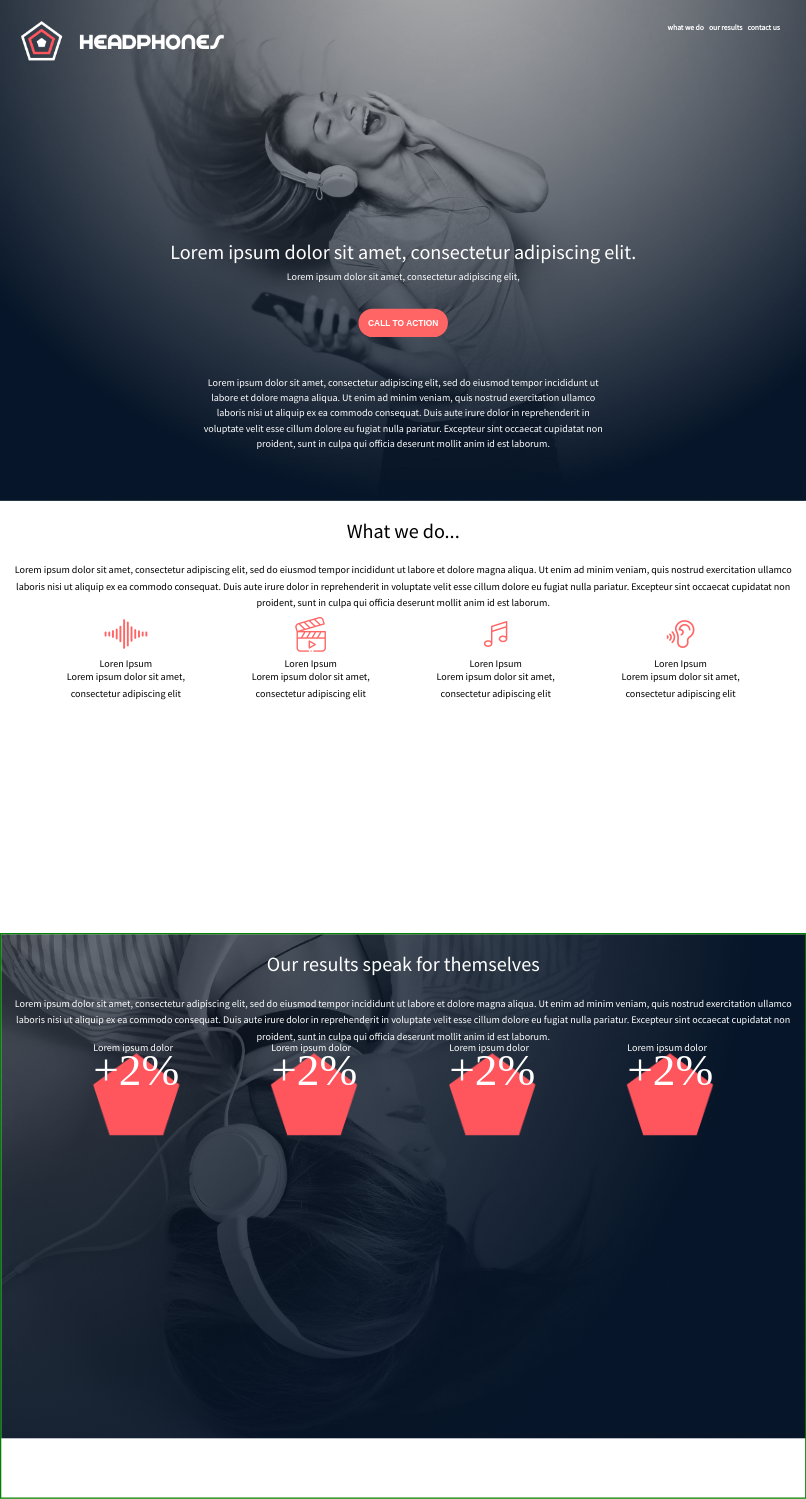
Repository: seleniadelgado/holbertonschool-web_front_end
Page: 0x09-implement_a_design_from_scratch/2-index.html
These files come from the project's save history. The page is drawn as it stood at one moment and after the next save; the edit follows.
The browser window is 1280 px wide. The pictures show the whole page, at 63% of full size.

Above is the page before, as saved 2020-03-23 12:38:21.

### 0x09-implement_a_design_from_scratch/2-index.html
<!DOCTYPE <!DOCTYPE html>
<head>
    <meta charset="utf-8">
    <title>Headphones</title>
    <meta name="description" content="">
    <meta name="viewport" content="width=device-width, initial-scale=1">
    <link rel="stylesheet" href="2-styles.css">
    <link rel="stylesheet" href="reset.css">
    <link rel="stylesheet" href="./holberton_school-icon/style.css">
    <link href="https://fonts.googleapis.com/css?family=Source+Sans+Pro&display=swap" rel="stylesheet">
</head>
<body>
<!-- nav bar -->
    <header>
        <div class="firstdiv">
            <nav>
                <input type="checkbox" id="menu">
                <label for="menu" id="nav-icon"></label>
                <div class="logo"><img href="active" href="#home"><img src="./images/logo_headphones.png" alt="logo"></a></div>
                <div class="main-nav">
                    <ul class="nav-header">
                        <li><a href="#what-we-do">what we do</a></li>
                        <li><a href="#our-results">our results</a></li>
                        <li><a href="#contact-us">contact us</a></li>
                    </ul>
                </div>
            </nav>
        </div>
<!-- Content -->
        <div class="seconddiv">
            <div class="text">
                <h1>Lorem ipsum dolor sit amet, consectetur adipiscing elit.</h1>
                <p>Lorem ipsum dolor sit amet, consectetur adipiscing elit, </p>
            </div>
        </div>
        <div class="thirddiv">
        <button id="button">CALL TO ACTION</button>
        <p class="longParagraph">Lorem ipsum dolor sit amet, consectetur adipiscing elit, sed do eiusmod tempor incididunt ut labore et dolore magna aliqua.
            Ut enim ad minim veniam, quis nostrud exercitation ullamco laboris nisi ut aliquip ex ea commodo consequat.
            Duis aute irure dolor in reprehenderit in voluptate velit esse cillum dolore eu fugiat nulla pariatur. Excepteur sint occaecat cupidatat non proident,
            sunt in culpa qui officia deserunt mollit anim id est laborum.</p>
            </div>
        </div>
    </div>
    </header>
    <div id="whatWeDo">
        <div class="content">
            <h1>What we do...</h1>
            <p> Lorem ipsum dolor sit amet, consectetur adipiscing elit, sed do eiusmod tempor incididunt ut labore et dolore magna aliqua.
                Ut enim ad minim veniam, quis nostrud exercitation ullamco laboris nisi ut aliquip ex ea commodo consequat.
                Duis aute irure dolor in reprehenderit in voluptate velit esse cillum dolore eu fugiat nulla pariatur. Excepteur sint occaecat cupidatat non proident,
                sunt in culpa qui officia deserunt mollit anim id est laborum.
            </p>
            <div class="grid">
                <div>
                    <div class="icon, item holberton_school-icon-ic_sound"></div>
                    <h6>Loren Ipsum</h6>
                    <p>Lorem ipsum dolor sit amet,<br> consectetur adipiscing elit</p>
                </div>
                <div>
                    <div class="icon, item holberton_school-icon-ic_video"></div>
                    <h6>Loren Ipsum</h6>
                    <p>Lorem ipsum dolor sit amet, <br>consectetur adipiscing elit</p>
                </div>
                <div>
                    <div class="icon, item holberton_school-icon-ic_music"></div>
                    <h6>Loren Ipsum</h6>
                    <p>Lorem ipsum dolor sit amet, <br>consectetur adipiscing elit</p>
                </div>
                <div>
                    <div class="icon, item holberton_school-icon-ic_hearing"></div>
                    <h6>Loren Ipsum</h6>
                    <p>Lorem ipsum dolor sit amet, <br>consectetur adipiscing elit</p>
                </div>
            </div>
        </div>
    </div>
    <div id="our-results">
        <div class="summary">
            <h1>Our results speak for themselves</h1>
            <p>Lorem ipsum dolor sit amet, consectetur adipiscing elit, sed do eiusmod tempor incididunt ut labore et dolore magna aliqua.
                Ut enim ad minim veniam, quis nostrud exercitation ullamco laboris nisi ut aliquip ex ea commodo consequat.
                Duis aute irure dolor in reprehenderit in voluptate velit esse cillum dolore eu fugiat nulla pariatur. Excepteur sint occaecat cupidatat non proident,
                sunt in culpa qui officia deserunt mollit anim id est laborum.
            </p>
            <div class="grid">
                <div class="component">
                    <h2>+2%</h2>
                    <p>Lorem ipsum dolor</p>
                </div>
                <div class="component">
                    <h2>+2%</h2>
                    <p>Lorem ipsum dolor</p>
                </div>
                <div class="component">
                    <h2>+2%</h2>
                    <p>Lorem ipsum dolor</p>
                </div>
                <div class="component">
                    <h2>+2%</h2>
                    <p>Lorem ipsum dolor</p>
                </div>
            </div>
        </div>
    </div>
</body>
</html>

### 0x09-implement_a_design_from_scratch/2-styles.css

:root {
    --font-size-sm: 12px;
    --font-size-md: 16px;
    --font-size-lg: 32px;
    --font-size-xl: 72px;
    --font-size-button: 14px;
    --color-primary-red: #FF6565;
    --color-body-white: white;
    --color-body-black: black;
    --font-family: 'Source Sans Pro', sans-serif;
}

/* header */
html {
    width: 100%;
}

header {
    width: 100%;
    background: transparent;
    position: relative;
    color: var(--color-body-white);
    background-image: url("images/headphones_hero_1.jpg");
    background-repeat: no-repeat;
    background-size: cover;
    font-family: var(--font-family);
}

header .firstdiv {
    justify-content: space-between;
    align-content: space-between;
    padding: 2rem;
    flex-wrap: wrap;
}

header .firstdiv nav {
    width: 100%;
    display: flex;
    justify-content: space-between;
    align-content: space-between;
    position: relative;
}

a {
    margin: auto 1.25rem;
    color: var(--color-body-white);
    text-decoration: none;
    font-family: var(--font-family);
}

a:hover, a:active {
    color: var(--color-primary-red)
}

#menu {
    display: none;
    position: absolute;
}

#nav-icon {
    display: none;
    position: absolute;
}

.logo {
    float: left;
}

.nav-header {
    display: inline-flex;
    margin: auto 0;
    list-style-type: none;
    font-size: var(--font-size-sm);
    font-weight: bolder;
    font-family: var(--font-family);
}

.main-nav ul {
    border: 6px transparent solid;
    justify-content: space-between;
}

.main-nav ul li a {
    border: 4px transparent solid;
    font-family: var(--font-family);

}

/* nav */
.seconddiv {
    text-align: center;
}

.thirddiv {
    text-align: center;
}

/*text */
.text {
    padding-top: 20%;
    text-align: center;
    line-height: 32px;
}

.text h1 {
    font-size: var(--font-size-md);
    color: var(--color-body-white);
}

.text p {
    font: var(--font-size-sm);
    color: var(--color-body-white);
}

/* button */
#button {
    padding: 15px;
    margin-top: 40px;
    margin-bottom: 60px;
    border-radius: 4em;
    background-color: #FF6565;
    box-shadow: var(--color-body-black);
    border-style: none;
    color: var(--color-body-white);
    font-weight: bolder;
}

#button:hover {
    opacity: 0.9;
}

/* end button */

/* start longparagraph */
.longParagraph {
    display: flex;
    margin: auto;
    margin: 0% 25% 0% 25%;
    line-height: 24px;
    font-family: var(--font-family);
    font-size: var(--font-size-md);
    color: var(--color-body-white);
    padding-bottom: 5em;
}
/* end longparagraph */

/* media query for screens less than 480px */
@media (max-width: 480px)
{
    header nav {
      flex-direction: column;
      align-items: center;
    }

    .logo {
      width: 50%;
      height: auto;
      display: flex;
      text-align: center;
    }

    .nav-header {
      display: none;
      width: 100%;
      flex-direction: column;
      margin: 1rem auto;
      text-align: center;
      font-weight: bold;
      font-size: var(--font-size-btn);
      float: right;
      display: inline-flex;
      margin-right: 10%;
    }

    .nav-header li {
      width: 100%;
      margin: 0.5rem auto;
      padding-right: 50px;
      font-family: var(--font-family);
    }

    #nav-icon {
        background: var(--color-body-white);
        height: 2px;
        width: 13px;
        position: absolute;
        left: 1rem;
        top: 18px;
        display: block;
    }

    #nav-icon::before {
        content: "";
        background: var(--color-body-white);
        height: 2px;
        width: 20px;
        position: relative;
        top: -0.4rem;
        display: block;
        transition: all 0.2s ease;
    }

    #nav-icon::after {
        content: "";
        background: var(--color-body-white);
        height: 2px;
        width: 18px;
        position: relative;
        top: 0.3rem;
        display: block;
        transition: all 0.2s ease;
    }

    #menu:checked ~ .nav-header {
        display: inline-flex;
    }

    #menu:checked ~ #nav-icon {
        background: transparent;
    }

    #menu:checked ~ #nav-icon::before {
        transform: rotate(45deg);
        top: 3px;
        margin: auto;
    }

    #menu:checked ~ #nav-icon::after {
        width: 20px;
        transform: rotate(-45deg);
        top: 1px;
        margin: auto;
    }
}

.text {
    font-family: var(--font-family);
    line-height: 24px;
}

.text h1 {
    font-size: var(--font-size-lg);
    margin-bottom: 10;
    line-height: 32px;;
}

.text p {
    font-size: var(--font-size-md);
}

/* menu btn ends */
.content {
    display: grid;
    text-align: center;
    font-family: var(--font-family);
    margin-bottom: 20em;
}

.grid {
    display: flex;
    flex-wrap: wrap;
    justify-content: space-evenly;
    height: 100%
}

.grid p {
    padding-bottom: 3em;
}

.item {
    color: var(--color-primary-red);
    font-size: var(--font-size-xl);
    margin: 2px;
}

.item h6, p {
    color: var(--color-body-black);
    font-size: var(--font-size-sm);
    margin-bottom: 5px;
}

#whatWeDo {
    margin-top: 2em;
    font-family: var(--font-family);
    margin-bottom: none;
}

.content h1 {
    font-size: var(--font-size-lg);
    margin-bottom: 1em;
}

.content p {
    text-align: center;
    font-size: var(--font-size-md);
    line-height: 26px;
}

#our-results {
    padding-top: 2em;
    background-image: url(images/headphones_hero_2.jpg);
    background-repeat: no-repeat;
    color: var(--color-body-white);
    border: 2px solid green;
}

.summary h1 {
    text-align: center;
    color: var(--color-body-white);
    font-family: var(--font-family);
    font-size: var(--font-size-lg);
    margin-bottom: 1em;
}

.summary p {
    color: var(--color-body-white);
    font-family: var(--font-family);
    font-size: var(--font-size-md);
    line-height: 26px;
    text-align: center;
}
.results h2 {
    position: absolute;
    text-align: center;
    left: 50%;
    transform: translate(-50%, -50%);
}
#our-results .grid .component {
    background-image: url(images/pentagone.png);
    background-repeat: no-repeat;
    background-size: contain;
    background-position: center;
    height: 10rem;
    padding: 0;
    position: relative;
}
#our-results .grid .component h2 {
    font-size: var(--font-size-xl);
    position: relative;
    top: 4%;
}
#our-results .grid .component p {
    position: absolute;
    top: -5%;

}

### 0x09-implement_a_design_from_scratch/holberton_school-icon/style.css
@font-face {
  font-family: 'holberton_school-icon';
  src:  url('fonts/holberton_school-icon.eot?sq4eq4');
  src:  url('fonts/holberton_school-icon.eot?sq4eq4#iefix') format('embedded-opentype'),
    url('fonts/holberton_school-icon.ttf?sq4eq4') format('truetype'),
    url('fonts/holberton_school-icon.woff?sq4eq4') format('woff'),
    url('fonts/holberton_school-icon.svg?sq4eq4#holberton_school-icon') format('svg');
  font-weight: normal;
  font-style: normal;
  font-display: block;
}

[class^="holberton_school-icon-"], [class*=" holberton_school-icon-"] {
  /* use !important to prevent issues with browser extensions that change fonts */
  font-family: 'holberton_school-icon' !important;
  speak: none;
  font-style: normal;
  font-weight: normal;
  font-variant: normal;
  text-transform: none;
  line-height: 1;

  /* Better Font Rendering =========== */
  -webkit-font-smoothing: antialiased;
  -moz-osx-font-smoothing: grayscale;
}

.holberton_school-icon-arrow_1:before {
  content: "\e900";
}
.holberton_school-icon-arrow_2:before {
  content: "\e901";
}
.holberton_school-icon-arrow_3:before {
  content: "\e902";
}
.holberton_school-icon-arrow_4:before {
  content: "\e903";
}
.holberton_school-icon-arrow_5:before {
  content: "\e904";
}
.holberton_school-icon-check:before {
  content: "\e905";
}
.holberton_school-icon-ic_bag:before {
  content: "\e906";
}
.holberton_school-icon-ic_cart:before {
  content: "\e907";
}
.holberton_school-icon-ic_facebook:before {
  content: "\e908";
}
.holberton_school-icon-ic_hearing:before {
  content: "\e909";
}
.holberton_school-icon-ic_instagram:before {
  content: "\e90a";
}
.holberton_school-icon-ic_laptop:before {
  content: "\e90b";
}
.holberton_school-icon-ic_money:before {
  content: "\e90c";
}
.holberton_school-icon-ic_music:before {
  content: "\e90d";
}
.holberton_school-icon-ic_sound:before {
  content: "\e90e";
}
.holberton_school-icon-ic_twitter:before {
  content: "\e90f";
}
.holberton_school-icon-ic_video:before {
  content: "\e910";
}
.holberton_school-icon-menu:before {
  content: "\e911";
}
.holberton_school-icon-search_1:before {
  content: "\e912";
}
.holberton_school-icon-search_2:before {
  content: "\e913";
}
.holberton_school-icon-star:before {
  content: "\e914";
}

Loaded but not shown: 0x09-implement_a_design_from_scratch/reset.css (common file)

After the next save:
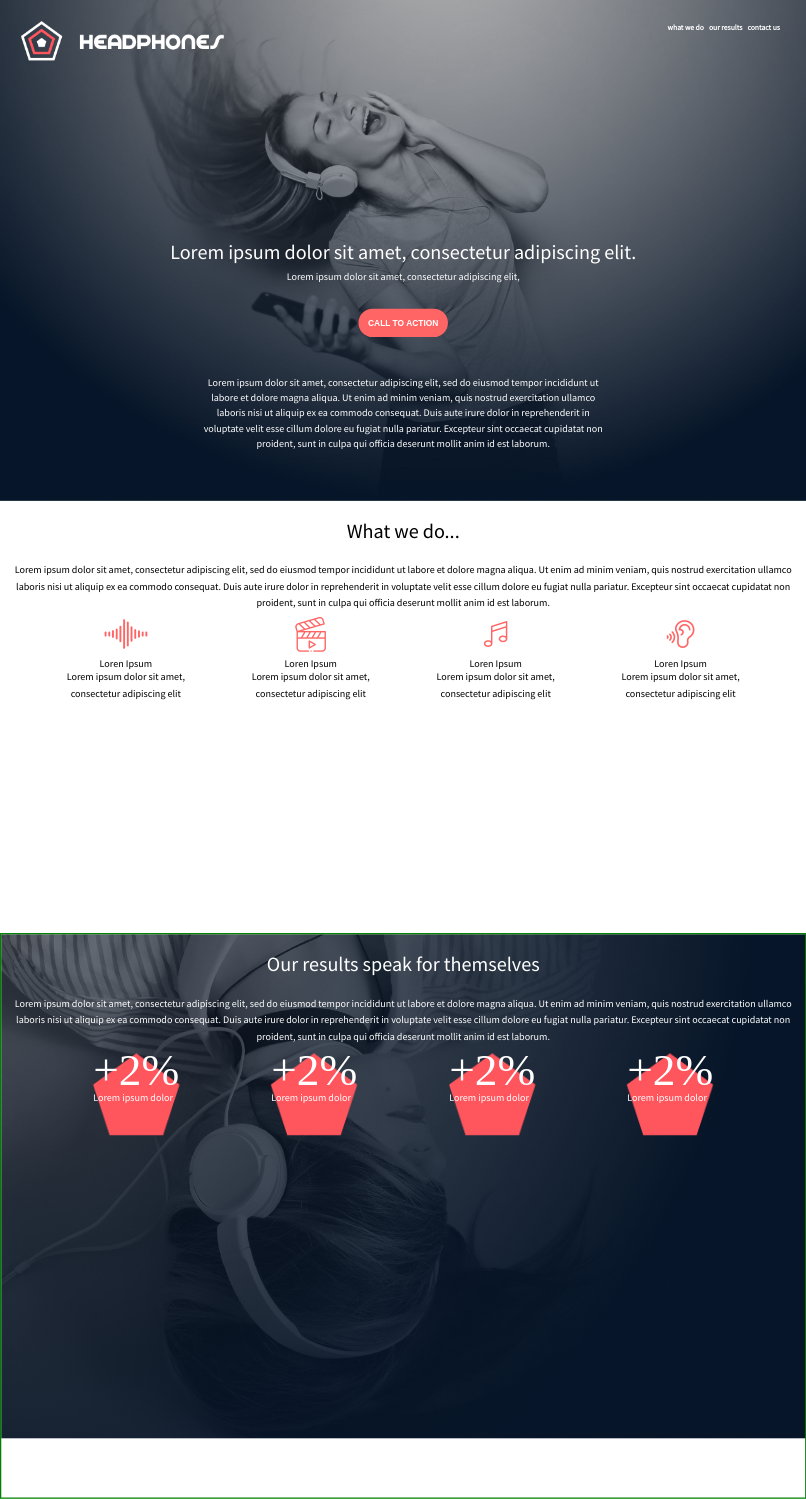
Saved 6 s later.
--- a/0x09-implement_a_design_from_scratch/2-styles.css
+++ b/0x09-implement_a_design_from_scratch/2-styles.css
@@ -342,6 +342,5 @@ a:hover, a:active {
 }
 #our-results .grid .component p {
     position: absolute;
-    top: -5%;
-
-}
+
+}
